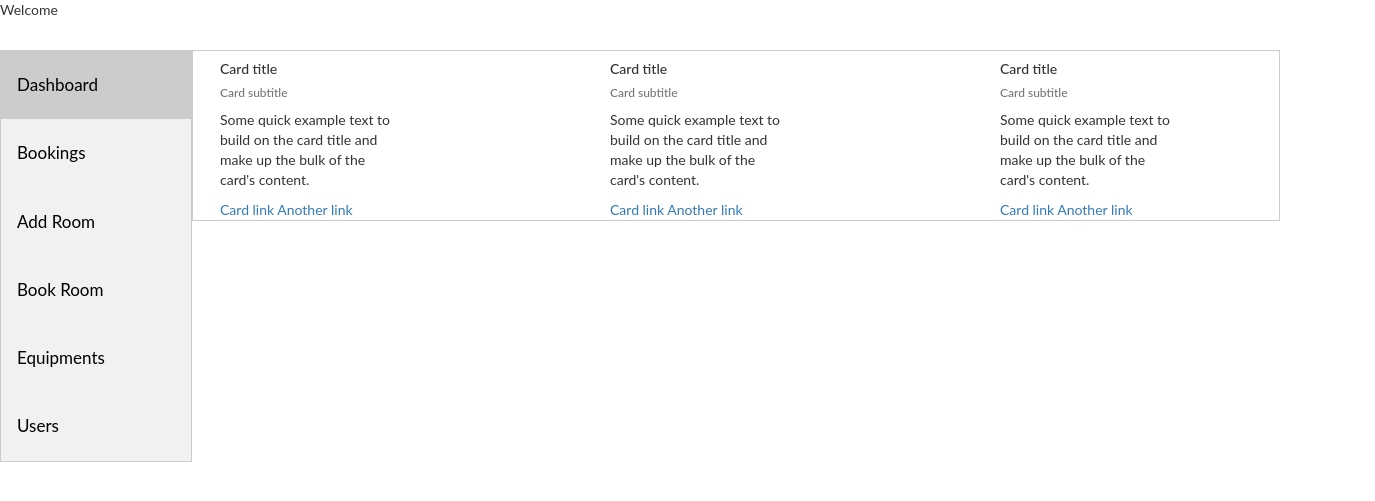
Repository: abhi608/visa_tutorial
Page: meetingroomapp/src/main/resources/static/dashboardView.html
These files come from the project's save history. The page is drawn as it stood at one moment and after the next save; the edit follows.
The browser window is 1280 px wide. The page is 1375 px wide, so the pictures cover 1375 px, including what lies to the right of the window. The pictures show the whole page.

Above is the page before, as saved 2018-08-07 07:31:01.

### meetingroomapp/src/main/resources/static/dashboardView.html
<!DOCTYPE html>
<html>
<head>
<meta name="viewport" content="width=device-width, initial-scale=1">
<link rel="stylesheet" href="https://maxcdn.bootstrapcdn.com/bootstrap/3.3.7/css/bootstrap.min.css">
 <script src="https://ajax.googleapis.com/ajax/libs/jquery/3.3.1/jquery.min.js"></script>
 <script src="https://maxcdn.bootstrapcdn.com/bootstrap/3.3.7/js/bootstrap.min.js"></script>
<style>
* {box-sizing: border-box}
body {font-family: "Lato", sans-serif;}

/* Style the tab */
.tab {
    float: left;
    border: 1px solid #ccc;
    background-color: #f1f1f1;
    width: 15%;
    /*height: 300px;*/
}

/* Style the buttons inside the tab */
.tab button {
    display: block;
    background-color: inherit;
    color: black;
    padding: 22px 16px;
    width: 100%;
    border: none;
    outline: none;
    text-align: left;
    cursor: pointer;
    transition: 0.3s;
    font-size: 17px;
}

/* Change background color of buttons on hover */
.tab button:hover {
    background-color: #ddd;
}

/* Create an active/current "tab button" class */
.tab button.active {
    background-color: #ccc;
}

/* Style the tab content */
.tabcontent {
    float: left;
    padding: 0px 12px;
	border: 1px solid #ccc;
    width: 85%;
    border-left: 1px solid #ccc ;
    border-bottom: 1px solid #ccc;
    /* height: 300px;*/
}
</style>
</head>
<body>

<p>Welcome </p><br />


<div class="tab">
  <button class="tablinks" onclick="openCity(event, 'Dashboard')" id="defaultOpen">Dashboard</button>
  <button class="tablinks" onclick="openCity(event, 'Bookings')">Bookings</button>
  <button class="tablinks" onclick="openCity(event, 'AddRoom')">Add Room</button>
  <button class="tablinks" onclick="openCity(event, 'BookRoom')">Book Room</button>
  <button class="tablinks" onclick="openCity(event, 'Equipments')">Equipments</button>
  <button class="tablinks" onclick="openCity(event, 'Users')">Users</button>
</div>

<div id="Dashboard" class="tabcontent">
  <div class="container">
	  <div class="row">
	    <div class="col-sm-4">
	      <div class="card" style="width: 18rem;">
  			<div class="card-body">
    			<h5 class="card-title">Card title</h5>
    			<h6 class="card-subtitle mb-2 text-muted">Card subtitle</h6>
    			<p class="card-text">Some quick example text to build on the card title and make up the bulk of the card's content.</p>
    			<a href="#" class="card-link">Card link</a>
    			<a href="#" class="card-link">Another link</a>
  			</div>
		  </div>
	    </div>
	    <div class="col-sm-4">
	      <div class="card" style="width: 18rem;">
  			<div class="card-body">
    			<h5 class="card-title">Card title</h5>
    			<h6 class="card-subtitle mb-2 text-muted">Card subtitle</h6>
    			<p class="card-text">Some quick example text to build on the card title and make up the bulk of the card's content.</p>
    			<a href="#" class="card-link">Card link</a>
    			<a href="#" class="card-link">Another link</a>
  			</div>
		  </div>
	    </div>
	    <div class="col-sm-4">
	      <div class="card" style="width: 18rem;">
  			<div class="card-body">
    			<h5 class="card-title">Card title</h5>
    			<h6 class="card-subtitle mb-2 text-muted">Card subtitle</h6>
    			<p class="card-text">Some quick example text to build on the card title and make up the bulk of the card's content.</p>
    			<a href="#" class="card-link">Card link</a>
    			<a href="#" class="card-link">Another link</a>
  			</div>
		  </div>
	    </div>
	  </div>
  </div>
 </div>

<div id="Bookings" class="tabcontent">
  <h3>Bookings</h3>
  <p>Show Bookings</p>
</div>

<div id="AddRoom" class="tabcontent">
  <h3>Add Room</h3>
  <p>Add a new room</p>
</div>

<div id="BookRoom" class="tabcontent">
  <h3>Book a room</h3>
  <p>This will book a room</p>
</div>

<div id="Equipments" class="tabcontent">
  <h3>Equipments</h3>
  <p>Show Equipments</p>
</div>

<div id="Users" class="tabcontent">
  <h3>Users</h3>
  <p>Show all the rooms</p>
</div>




<script>
function openCity(evt, cityName) {
    var i, tabcontent, tablinks;
    tabcontent = document.getElementsByClassName("tabcontent");
    for (i = 0; i < tabcontent.length; i++) {
        tabcontent[i].style.display = "none";
    }
    tablinks = document.getElementsByClassName("tablinks");
    for (i = 0; i < tablinks.length; i++) {
        tablinks[i].className = tablinks[i].className.replace(" active", "");
    }
    document.getElementById(cityName).style.display = "block";
    evt.currentTarget.className += " active";
}

// Get the element with id="defaultOpen" and click on it
document.getElementById("defaultOpen").click();
</script>

</body>
</html>

After the next save:
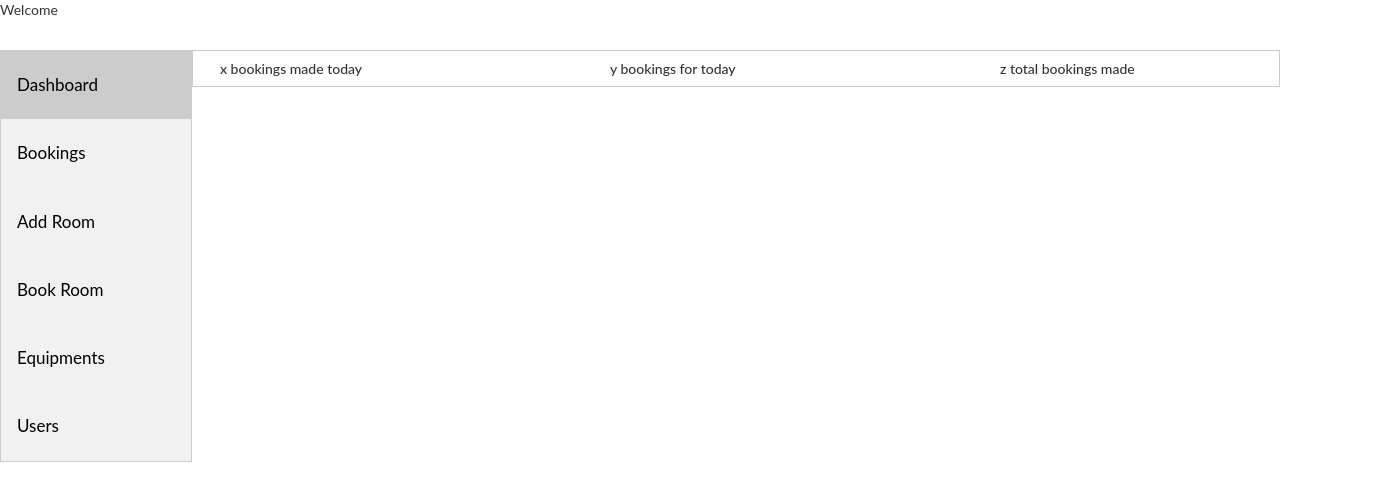
Saved 7 min 22 s later.
--- a/meetingroomapp/src/main/resources/static/dashboardView.html
+++ b/meetingroomapp/src/main/resources/static/dashboardView.html
@@ -75,33 +75,21 @@ body {font-family: "Lato", sans-serif;}
 	    <div class="col-sm-4">
 	      <div class="card" style="width: 18rem;">
   			<div class="card-body">
-    			<h5 class="card-title">Card title</h5>
-    			<h6 class="card-subtitle mb-2 text-muted">Card subtitle</h6>
-    			<p class="card-text">Some quick example text to build on the card title and make up the bulk of the card's content.</p>
-    			<a href="#" class="card-link">Card link</a>
-    			<a href="#" class="card-link">Another link</a>
+    			<h5 class="card-title">x bookings made today</h5>
   			</div>
 		  </div>
 	    </div>
 	    <div class="col-sm-4">
 	      <div class="card" style="width: 18rem;">
   			<div class="card-body">
-    			<h5 class="card-title">Card title</h5>
-    			<h6 class="card-subtitle mb-2 text-muted">Card subtitle</h6>
-    			<p class="card-text">Some quick example text to build on the card title and make up the bulk of the card's content.</p>
-    			<a href="#" class="card-link">Card link</a>
-    			<a href="#" class="card-link">Another link</a>
+    			<h5 class="card-title">y bookings for today</h5>
   			</div>
 		  </div>
 	    </div>
 	    <div class="col-sm-4">
 	      <div class="card" style="width: 18rem;">
   			<div class="card-body">
-    			<h5 class="card-title">Card title</h5>
-    			<h6 class="card-subtitle mb-2 text-muted">Card subtitle</h6>
-    			<p class="card-text">Some quick example text to build on the card title and make up the bulk of the card's content.</p>
-    			<a href="#" class="card-link">Card link</a>
-    			<a href="#" class="card-link">Another link</a>
+    			<h5 class="card-title">z total bookings made</h5>
   			</div>
 		  </div>
 	    </div>
